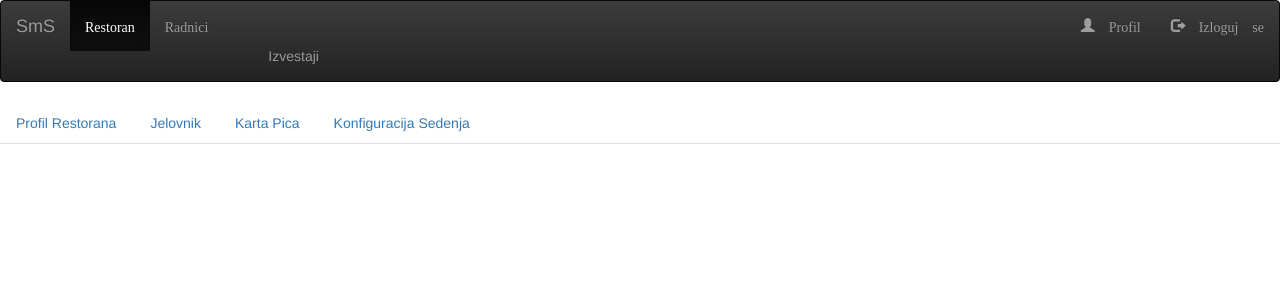
Repository: milanadam94/ISA-2016
Page: jpa-example/src/main/webapp/RestaurantManager/RestaurantManager.html
An editor plug-in stored every save of this project. The page is shown before and after the next save, followed by the edit.
The browser window is 1280 px wide. The pictures show the whole page.
The page's requests for data from a server got no answer. Some web libraries are served in a nearby version.

Above is the page before, as saved 2017-03-01 08:17:04.

### jpa-example/src/main/webapp/RestaurantManager/RestaurantManager.html
<!DOCTYPE html>
<html>
<head>
<meta charset="ISO-8859-1">
<title>Menadzer Restorana</title>

<!-- JQUERY -->
<script src="https://code.jquery.com/jquery-3.1.1.js" integrity="sha256-16cdPddA6VdVInumRGo6IbivbERE8p7CQR3HzTBuELA=" crossorigin="anonymous"></script>

<!-- BOOTSTRAP CSS -->
<link rel="stylesheet" href="https://maxcdn.bootstrapcdn.com/bootstrap/3.3.7/css/bootstrap.min.css" integrity="sha384-BVYiiSIFeK1dGmJRAkycuHAHRg32OmUcww7on3RYdg4Va+PmSTsz/K68vbdEjh4u" crossorigin="anonymous">

<!-- BOOTSTRAP THEME -->
<link rel="stylesheet" href="https://maxcdn.bootstrapcdn.com/bootstrap/3.3.7/css/bootstrap-theme.min.css" integrity="sha384-rHyoN1iRsVXV4nD0JutlnGaslCJuC7uwjduW9SVrLvRYooPp2bWYgmgJQIXwl/Sp" crossorigin="anonymous">

<!-- BOOTSTRAP JS -->
<script src="https://maxcdn.bootstrapcdn.com/bootstrap/3.3.7/js/bootstrap.min.js" integrity="sha384-Tc5IQib027qvyjSMfHjOMaLkfuWVxZxUPnCJA7l2mCWNIpG9mGCD8wGNIcPD7Txa" crossorigin="anonymous"></script>

<!-- ANGULAR JS -->
<script src="https://ajax.googleapis.com/ajax/libs/angularjs/1.6.1/angular.js"></script>

<script src="/JQuery-cookie-plugin/jquery.cookie.js"></script>

<!-- TOASTR -->
<!-- <script src="https://cdnjs.cloudflare.com/ajax/libs/toastr.js/latest/css/toastr.css"></script> -->
<style>
.canvas {
	border : 2px solid;
	width: 500px;
	height: 250px;
}
</style>
</head>
<body ng-app="restManager" ng-controller="restManagerController">

	<nav id="myNavbar" class="navbar navbar-inverse">
		<div class="container-fluid">
			<div class="navbar-header">
				<a class="navbar-brand">SmS</a>
			</div>
		<ul class="nav navbar-nav">
			<li class="active"><a href="RestaurantManager.html" ng-click="getRestaurant()"><span class="glyphicon glyphicons-building">Restoran </span></a></li>
			<li><a href="RestaurantManagerWorkers.html"> <span class="glyphicon glyphicons-group">Radnici</span></a></li>
			<li><a href="RestaurantManagerOfferers.html"><span class="glyphicon glyphicons-" Ponude</a></li>
			<li><a href="RestourantManagerReport.html">Izvestaji</a></li>
		</ul>
		<ul class="nav navbar-nav navbar-right">
			<li><a href="#"><span class="glyphicon glyphicon-user"> Profil</span> </a>
			<li><a href="#"><span class="glyphicon glyphicon-log-out"> Izloguj se </span> </a>
		</ul>

		</div>
	</nav>


	<div>
		<div class="form-group">
			<ul class="nav nav-tabs">
				<li><a ng-click="getRestaurant()">Profil Restorana</a>
				<li><a ng-click="getFoods()">Jelovnik</a>
				<li><a ng-click="getDrinks()">Karta Pica</a>
				<li><a ng-click="konfig()">Konfiguracija Sedenja</a>
			</ul>
		</div>
		<div id="profilDiv" ng-show="profilShow">
		<form class="form-horizontal">

			<div class="form-group">
			<label class="control-label col-sm-2" >Naziv Restorana: </label><div class="col-sm-5"><input type = "text" class="form-control" id="restaurantName" ng-model="restaurant.name" value="restaurant.name" placeholder="Izmenite ime restorana"></div> <br/>
			</div>

			<div class="form-group">
			<label class="control-label col-sm-2">Vrsta: </label><div class="col-sm-5"><input type = "text" class="form-control" id="restaurantDescription" ng-model="restaurant.description" value="restaurant.description" placeholder="Izmenite opis restorana"></div> <br/>
			</div>

			<div class="form-group">
			<label class="control-label col-sm-2">Kategorija: </label>
					 <div class="col-sm-5">
						<select class="form-control" id="kategorija" ng-model="restaurant.category" title="restaurant.category">
						<option>domaca kuhinja</option>
						<option>italijanski</option>
						<option>kineski</option>
						<option>francuski</option>
						<option>vegan</option>
						</select>
					</div>
			</div> <br/>

			<div class="form-group">
			<div class="col-sm-offset-2 col-sm-10"><button type="submit" class="btn btn-success" ng-click="saveRestaurantInfo()">Sacuvaj Izmene</button></div>
			</div>

			<div class="form-group">
			<label class="control-label col-sm-2" id="errorLabel" ng-show="error" >{{errorMessage}}</label>
			</div>

		</form>
		</div>




		<div id="jelovnikDiv" ng-show="jelovnikShow" >
			<table class="table">
				<tr bgcolor="lightgrey">
					<th>Ime</th>
					<th>Opis</th>
					<th>Cena</th>
					<th>Obrisi</th>
					<th>Promeni</th>
				</tr>
				<tr ng-repeat="i in menu.foods | orderBy:'name'">
					<td><input type="text" class="form-control" ng-model="i.name"  placeholder="Promenite ime jela" > </td>
				 	<td><input type = "text" class="form-control" ng-model="i.description" placeholder="Promenite opis jela" value="{{ i.description }}"> </td>
					<td> <input type = "number" class="form-control" ng-model="i.price" placeholder="Promenite cenu jela" value="{{ i.price }} "></td>
					<td> <button type="submit" id="{{ i.id }}"  class="btn btn-danger" ng-click="deleteFood( i.id )" >Obrisi</button></td>
					<td> <button type="submit" id="{{ i.id }}"  class="btn btn-warning" ng-click="changeFood( i.id )" >Promeni</button></td>

				</tr>
			</table>
			<br/><br/>
			<form class="form-horizontal">

			<div class="form-group">
			<label class="control-label col-sm-2">Ime: </label><div class="col-sm-5"><input type = "text" class="form-control" id="imeNovogJela" ng-model="newFood.name" placeholder="Unesite ime jela"></div> <br/>
			</div>

			<div class="form-group">
			<label class="control-label col-sm-2">Opis: </label><div class="col-sm-5"><input type = "text" class="form-control" id="opisNovogJela" ng-model="newFood.description"  placeholder="Unesite opis jela"></div> <br/>
			</div>


			<div class="form-group">
			<label  class="control-label col-sm-2">Cena: </label><div class="col-sm-5"><input type = "number" min=0 class="form-control" id="cenaNovogJela" ng-model="newFood.price"  placeholder="Unesite cenu jela"></div> <br/>
			</div>

			<div class="form-group">
			<div class="col-sm-offset-2 col-sm-10"><button type="submit" class="btn btn-success" ng-click="addFood()" >Dodaj Jelo</button></div>
			</div>

			</form>
		</div>
		<div id="picaDiv" ng-show="picaShow">
			<table class="table">
				<tr bgcolor="lightgrey">
					<th>Ime</th>
					<th>Opis</th>
					<th>Cena</th>
					<th>Obrisi</th>
					<th>Promeni</th>
				</tr>
				<tr ng-repeat="i in menu.drinks | orderBy:'name'">
					<td><input type="text" class="form-control" ng-model="i.name"  placeholder="Promenite ime pica" > </td>
				 	<td><input type = "text" class="form-control" ng-model="i.description" placeholder="Promenite opis pica" value="{{ i.description }}"> </td>
					<td> <input type = "number" class="form-control" ng-model="i.price" placeholder="Promenite cenu pica" value="{{ i.price }} "></td>
					<td> <button type="submit" id="{{ i.id }}"  class="btn btn-danger" ng-click="deleteDrink( i.id )" >Obrisi</button></td>
					<td> <button type="submit" id="{{ i.id }}"  class="btn btn-warning" ng-click="changeDrink( i.id )" >Promeni</button></td>

				</tr>
			</table>
			<br/><br/>
			<form class="form-horizontal">

			<div class="form-group">
			<label class="control-label col-sm-2">Ime: </label> <div class="col-sm-5"><input type = "text" class="form-control" id="imeNovogPica" ng-model="newDrink.name" placeholder="Unesite ime pica"></div> <br/>
			</div>

			<div class="form-group">
			<label class="control-label col-sm-2">Opis:</label> <div class="col-sm-5"><input type = "text" class="form-control" id="opisNovogPica" ng-model="newDrink.description"  placeholder="Unesite opis pica"></div> <br/>
			</div>

			<div class="form-group">
			<label  class="control-label col-sm-2">Cena: </label><div class="col-sm-5"><input type = "number" class="form-control" min=0 class="form-control" id="cenaNovogPica" ng-model="newDtrink.price"  placeholder="Unesite cenu pica"></div> <br/>
			</div>

			<div class="form-group">
			<div class="col-sm-offset-2 col-sm-10"><button type="submit" class="btn btn-success" ng-click="addDrink()" >Dodaj Pice</button></div>
			</div>

			</form>
		</div>


		<!--  DODAVANJE SEGMENTA -->

		<div id="konfiguracijaDiv" ng-show="konfiguracijaShow">

			<form class="form-horizontal">
			<div class="form-group">
			<label class="control-label col-sm-2" >Naziv Segmenta: </label> <div class="col-sm-5">  <input type="text" class="form-control" ng-model="newSegment.name" palceholder="Unesite naziv segmenta"> </input></div><br/>
			</div>
			<div class="form-group">
			<label class="control-label col-sm-2">Dozvoljeno Pusenje: </label><div class="col-sm-2"><input type="checkbox" class="form-control" ng-model="newSegment.smoking"></input> </div><br/><br/>
			</div>
			<div class="form-group">
			<div class="col-sm-offset-2 col-sm-10"><button type="submit" class="btn btn-success" ng-click="addKonfig()">Dodaj Segment</button></div>
			</div>

			</form>


			<br/><br/>

			<!-- CANVASSS ============ -->


		<canvas id="canvas" class="canvas" ng-click="draw($event)">
			Vas browser ne podrzava graficki prikaz!
		</canvas>

		<br/><br/>
		<div ng-show="newTableShow">

			<form class="form-horizontal">

			<div class="form-group">
			<label class="control-label col-sm-2">Oznaka: </label> <div class="col-sm-5"><input type = "text" class="form-control" ng-model="newTable.tag" placeholder="Unesite oznaku stola"></div> <br/>
			</div>

			<div class="form-group">
			<label class="control-label col-sm-2">Opis:</label> <div class="col-sm-5"><input type = "text" class="form-control" ng-model="newTable.description"  placeholder="Unesite opis stola"></div> <br/>
			</div>

			<div class="form-group">
			<label  class="control-label col-sm-2">Broj Mesta: </label><div class="col-sm-5"><input type = "number" class="form-control" min=0 max="20" class="form-control" id="cenaNovogPica" ng-model="newTabel.seatCount"  placeholder="Unesite broj mesta"></div> <br/>
			</div>

			<label  class="control-label col-sm-2" >Region:</label>
					<div class="col-sm-5">
					<select class="form-group" ng-model="myNewSegment">
						<option ng-repeat="i in segments" value="{{i.id}}">{{i.name}}</option>
					</select>
					</div>

			<div class="form-group">
			<div class="col-sm-offset-2 col-sm-10"><button type="submit" class="btn btn-success" ng-click="addTable()" >Dodaj Sto</button></div>
			</div>

			</form>



			</div>


		</div>

		<div ng-show="deleteTableButtonShow" class="form-group">
			<div class="col-sm-offset-2 col-sm-10"><button type="submit" class="btn btn-danger" ng-click="deleteTable()" >Ukloni Sto</button></div>
		</div>

	</div>
</body>


<!-- ANGULAR SCRIPT -->
<script src="RestaurantManager.js"></script>


</html>

### jpa-example/src/main/webapp/RestaurantManager/RestaurantManager.js
angular.element(document).ready(function () {
    console.log('page loading completed');
});
var restManager = angular.module('restManager', []).config(['$qProvider', '$httpProvider', function ($qProvider, $httpProvider)  {
    $qProvider.errorOnUnhandledRejections(false);

}]).run(['$rootScope', '$http', '$window', function ($rootScope, $http, $window) {

	//namestiti dole u funckcijama gde treba user.email kada se ovo namesti!
	if (typeof $.cookie('user') !== 'undefined') {
		user = JSON.parse($.cookie('user'));

		if(user.userType == "GUEST") {
			$window.location.href = "/GuestPage/GuestPage.html";
		}
		// DALJE
	}



}]);



restManager.controller('restManagerController', [ '$scope', 'konfService', 'drinkService', 'restaurantInfoService', 'foodService','canvasService', function($scope, konfService, drinkService, restaurantInfoService, foodService, canvasService ){

	$scope.newFood = {
			name: "",
			description: "",
			price: 0
	}

	$scope.newDrink = {
			name: "",
			description: "",
			price: 0
	}


	findUser = function(){
		restaurantInfoService.findRestaurantManager().then(
				function(response){
					$scope.user = response.data;

				}

		);
	}

	findUser();

	setShows = function(profilShow, picaShow, jelovnikShow, konfiguracijaShow){
		$scope.profilShow = profilShow;
		$scope.picaShow = picaShow;
		$scope.jelovnikShow = jelovnikShow;
		$scope.konfiguracijaShow = konfiguracijaShow;
	}
	setShows(false,false,false,false);

	$scope.error = false;
	$scope.errorMessage = "";

	restaurantInfoService.getRestaurant($scope.user).then(
			function(response){
				$scope.restaurant = response.data;

				if(response.data.name == null){
					alert("Restoran nije pronadjen!");
				}
			}
	);


	$scope.getRestaurant = function() {
			if($scope.restaurant.name != null){
				setShows(true, false, false, false);
			}else{
				alert("Restoran nije pronadjen!");
			}

	}


	$scope.getFoods = function(){

		restaurantInfoService.getMenu($scope.user, $scope.restaurant).then(
				function(response){

					if(response.data != null){
						setShows(false, false, true, false);
						$scope.menu = response.data;
					}else{
						alert("Meni nije pronadjen!");
					}

				}
		);

	}

	$scope.changeFood = function(foodID){
		selectedFood = "";

		angular.forEach($scope.menu.foods, function(value){
			if(value.id == foodID){
				selectedFood = value;
			}

		})

		if(selectedFood.name == "" || selectedFood.price < 0 || $scope.restaurant == null){
			alert("Ime ne sme biti prazno. Cena ne sme biti manja od 0");
			return;
		}

		foodService.saveChanges(selectedFood, $scope.menu);

	}


	$scope.addFood = function(){

		if($scope.newFood.name == "" || $scope.newFood.price < 0 || $scope.restaurant == null){
			alert("Ime ne sme biti prazno i cena ne sme biti manja od 0!");
			return;
		}

		foodService.addFood($scope.newFood, $scope.menu);
		restaurantInfoService.getMenu($scope.user, $scope.restaurant).then(
				function(response){

					if(response.data != null){
						$scope.menu = response.data;
						location.reload();
					}else{
						alert("Meni nije pronadjen!");
					}

				}
			);


	}


	$scope.deleteFood = function(foodID){

		foodService.deleteFood(foodID, $scope.menu);
		restaurantInfoService.getMenu($scope.user, $scope.restaurant).then(
			function(response){

				if(response.data != null){
					$scope.menu = response.data;
					location.reload();
				}else{
					alert("Meni nije pronadjen!");
				}

			}
		);


	}



	$scope.getDrinks = function(){
		restaurantInfoService.getMenu($scope.user, $scope.restaurant).then(
				function(response){

					if(response.data != null){
						setShows(false, true, false, false);
						$scope.menu = response.data;
					}else{
						alert("Meni nije pronadjen!");
					}

				}
		);

	}


	$scope.addDrink = function(){

		if($scope.newDrink.name == "" || $scope.newDrink.price < 0 || $scope.restaurant == null){
			alert("Ime ne sme biti prazno i cena ne sme biti manja od 0!");
			return;
		}

		drinkService.addDrink($scope.newDrink, $scope.menu);
		restaurantInfoService.getMenu($scope.user, $scope.restaurant).then(
				function(response){

					if(response.data != null){
						$scope.menu = response.data;
						location.reload();
					}else{
						alert("Meni nije pronadjen!");
					}

				}
			);
	}

	$scope.changeDrink = function(drinkID){
		selectedDrink = "";

		angular.forEach($scope.menu.drinks, function(value){
			if(value.id == drinkID){
				selectedDrink = value;
			}

		})

		if(selectedDrink.name == "" || selectedDrink.price < 0 || $scope.restaurant == null){
			alert("Ime ne sme biti prazno. Cena ne sme biti manja od 0");
			return;
		}

		drinkService.saveChanges(selectedDrink, $scope.menu);

	}

	$scope.deleteDrink = function(drinkID){
		drinkService.deleteDrink(drinkID, $scope.menu);
		restaurantInfoService.getMenu($scope.user, $scope.restaurant).then(
			function(response){

				if(response.data != null){
					$scope.menu = response.data;
					location.reload();
				}else{
					alert("Meni nije pronadjen!");
				}

			}
		);
	}


	// ===============================================================

	$scope.newSegment = {
			name: "",
			smoking: false
	}

	$scope.newTable = {
			seatCount: 0,
			tag: "",
			description: "",
			xCoord: 0,
			yCoord: 0
	}


	$scope.getKonf = function(){


	}


	$scope.addKonfig = function(){

		if($scope.newSegment.name == "" || $scope.restaurant == null){
			alert("Neispravan unos ili restoran nije pronadjen")
			return;
		}

		konfService.addSegment($scope.newSegment, $scope.restaurant.id).then(
				function(response){
					alert(response.data);

					location.reload();
				}
		);


	}

	restaurantInfoService.loadAllSegments().then(
			function(response){
				$scope.segments = response.data;
			}

	);


	$scope.konfig = function(){
		setShows(false,false,false,true);

		$scope.loadTables();

	}


	$scope.saveRestaurantInfo = function() {

		if($scope.profilShow){
			if($scope.restaurant.name == "" || $scope.restaurant.description == ""){
				$scope.error = true;
				$scope.errorMessage = "Ne moze biti prazno!";
				return;
			}else{
				$scope.error = false;
				$scope.errorMessage = "";
			}
			restaurantInfoService.saveChanges($scope.restaurant, $scope.user);


		}else if ($scope.jelovnikShow) {


		}else if ($scope.piceShow){

		}else if ($scope.konfiguracijaShow){

		}else {
			alert("Error! Nothing selected.");
		}

	}

	// KANVAS ====================================================
	$scope.myNewSegment = "";


	$scope.draw = function(event) {
    	var canvas = document.getElementById('canvas');
    	var context = canvas.getContext('2d');

    	var rect = canvas.getBoundingClientRect();
        var x = event.clientX - rect.left;
        var y = event.clientY - rect.top; var rect = canvas.getBoundingClientRect(),
        scaleX = canvas.width / rect.width,    // relationship bitmap vs. element for X
        scaleY = canvas.height / rect.height;  // relationship bitmap vs. element for Y

	    x = (event.clientX - rect.left) * scaleX,   // scale mouse coordinates after they have
	    y = (event.clientY - rect.top) * scaleY     // been adjusted to be relative to element
	    //  context.clearRect(0, 0, canvas.width, canvas.height);

	    xIndex = x/30.0 + 1;
	    yIndex = y/30.0 + 1;
	    xIndex = Math.floor(xIndex);
	    yIndex = Math.floor(yIndex);

		startX = x/30.0 + 1;
	    startY = y/30.0 + 1;
	    startX = Math.floor(startX)*30 -30;
	    startY = Math.floor(startY)*30 -30;

	    $scope.newTable.xCoord = xIndex;
	    $scope.newTable.yCoord = yIndex;


	    $scope.newTableShow = true;
	    $scope.deleteTableButtonShow = false;

	    $scope.restaurantTables.forEach(function(table) {
			if(table.xCoord == xIndex && table.yCoord == yIndex){
				$scope.newTableShow = false;
				$scope.deleteTableButtonShow = true;
			}
		});


  }

	$scope.restaurantTables = [];

	$scope.loadTables = function() {

		$scope.newTableShow = false;
		var canvas = document.getElementById('canvas');
    	var context = canvas.getContext('2d');
    	context.clearRect(0, 0, canvas.width, canvas.height);

    	for(var j = 0; j < 5; j++)
    	{
	    	for(var i=0; i < 10; i++)
	    	{
	    		context.rect(i*30 ,j*30 ,30,30);
	            context.stroke();
	    	}
    	}


    	canvasService.getAllTables().then(
    			function(response){
    				$scope.restaurantTables = response.data;
    				$scope.restaurantTables.forEach(function(table) {
    					x = parseFloat(table.xCoord)*30 - 30;
    					y = parseFloat(table.yCoord)*30 - 30;
    					context.globalAlpha = 1.0;
    					context.fillStyle="#000000";
    					context.font="20px Arial";
    					context.fillText(table.tag, x + 8, y + 22);
    				});
    			}
    	);




	}



	$scope.addTable = function(){

		if($scope.newTable.seatCount < 0 || $scope.newTable.seatCount > 20 ||
				$scope.newTable.tag == "" || $scope.myNewSegment == ""){
			alert("Los unos!");
			return;
		}

		if($scope.newTable.tag.length > 2){
			alert("Oznaka moze imati maksimalno 2 karaktera!");
			return;
		}


		canvasService.addTable($scope.newTable, $scope.myNewSegment).then(
				function(response){
					alert(response.data);
					location.reload();
				}
		);

	}


	$scope.deleteTable = function(){
		flag = false;

		$scope.restaurantTables.forEach(function(table) {
			if(table.xCoord == $scope.newTable.xCoord && table.yCoord == $scope.newTable.yCoord){
				flag = true;
			}
		});

		if(!flag){
			alert("Niste selektovali sto");
			return;
		}

		canvasService.deleteTable($scope.newTable);


	}



}]);








restManager.service('restaurantInfoService',['$window', '$http', function($window, $http){

	this.loadAllSegments = function(){
		return $http({
			  method: 'GET',
		      url : "../restManager/loadAllSegments/1" //========================================== dodati user Email
		});

	}


	this.getRestaurant = function(user){
		return $http.get("../restManager/myRestaurant/1"); // ================================= OVDE NAMESTITI EMAIL USERA
	}

	this.findRestaurantManager = function(){
		return $http({
			  method: 'GET',
		      url : "../restManager/getUser/1" //========================================== dodati user Email
		});
	}

	this.saveChanges = function(restaurant, user){

		$http({
			  method: 'POST',
			  data : $.param(restaurant),
		      url : "../restManager/saveRestaurantInfo/1" // =================================== OVDE NAMESTITI EMAIL USERA
		}).then(function success(response) {
					alert("Success!");
			  }, function error(response) {
				  	alert("Error!");
			  }
			);
	};

	this.getMenu = function (user, restaurant){
		return $http({
			method: 'POST',
			data : restaurant,
			url: "../restManager/getMenu/1"  // ==================== user.mail
		});
	}


}]);

restManager.service('foodService',['$window', '$http', function($window, $http){

	this.saveChanges = function (food, menu){
		$http({
			method: 'POST',
			data: food,
			url: "../restManager/changeFood/" + menu.id
		}).then(function success() {
			alert("Uspesno promenjeno!");
		  }, function error() {
			  	alert("Error!");
		  }

		);
	}

	this.addFood = function (newFood, menu){
		$http({
			method: 'POST',
			data: newFood,
			url: "../restManager/addFood/"+menu.id
		});

	}

	this.deleteFood = function (foodID, menu){
		$http({
			method: 'DELETE',
			url: "../restManager/deleteFood/"+foodID+"/"+menu.id
		});
	}

}]);

restManager.service('drinkService', ['$window', '$http', function($window, $http){

	this.saveChanges = function (drink, menu){
		$http({
			method: 'POST',
			data: drink,
			url: "../restManager/changeDrink/" + menu.id
		}).then(function success() {
			alert("Uspesno promenjeno!");
		  }, function error() {
			  	alert("Error!");
		  }

		);
	}

	this.deleteDrink = function(drinkID, menu){
		$http({
			method: 'DELETE',
			url: "../restManager/deleteDrink/"+drinkID+"/"+menu.id
		});
	}

	this.addDrink = function (newDrink, menu){
		$http({
			method: 'POST',
			data: newDrink,
			url: "../restManager/addDrink/"+menu.id
		});
	}

}]);

restManager.service('konfService', ['$window', '$http', function($window, $http){

	this.addSegment = function(newSegment, restoranID){
		return $http({
			method: 'POST',
			data: newSegment,
			url: "../restManager/addSegment/"+restoranID
		});

	}

	this.getKonf;
	this.saveChanges;
	this.addKonf;

}]);


restManager.service('canvasService', ['$window', '$http', function($window, $http){

	this.addTable = function(newTable, segmentID){
		return $http({
			method: 'POST',
			data: newTable,
			url: "../restManager/addTable/"+segmentID+"/1" //==================================== staviti email restoran menagera
		});
	}

	this.getAllTables = function(){
		return $http({
			method: 'GET',
			url: "../restManager/getAllTables/1" //==================================== staviti email restoran menagera
		});
	}


	this.deleteTable = function (newTable){
		$http({
			method: 'POST',
			data: newTable,
			url: "../restManager/deleteTable"
		}).then(
				function success(){
					location.reload();
				},
				function error(){
					alert("Error!");
				}
		);
	}


}]);

Loaded but not shown: jpa-example/src/main/webapp/JQuery-cookie-plugin/jquery.cookie.js (library)

After the next save:
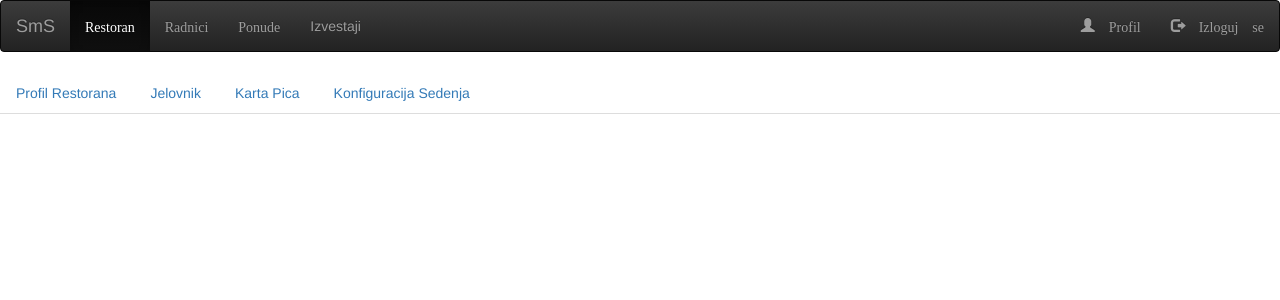
Saved 81 s later.
--- a/jpa-example/src/main/webapp/RestaurantManager/RestaurantManager.html
+++ b/jpa-example/src/main/webapp/RestaurantManager/RestaurantManager.html
@@ -41,7 +41,7 @@
 		<ul class="nav navbar-nav">
 			<li class="active"><a href="RestaurantManager.html" ng-click="getRestaurant()"><span class="glyphicon glyphicons-building">Restoran </span></a></li>
 			<li><a href="RestaurantManagerWorkers.html"> <span class="glyphicon glyphicons-group">Radnici</span></a></li>
-			<li><a href="RestaurantManagerOfferers.html"><span class="glyphicon glyphicons-" Ponude</a></li>
+			<li><a href="RestaurantManagerOfferers.html"><span class="glyphicon glyphicons-notes-2">Ponude </span></a></li>
 			<li><a href="RestourantManagerReport.html">Izvestaji</a></li>
 		</ul>
 		<ul class="nav navbar-nav navbar-right">
